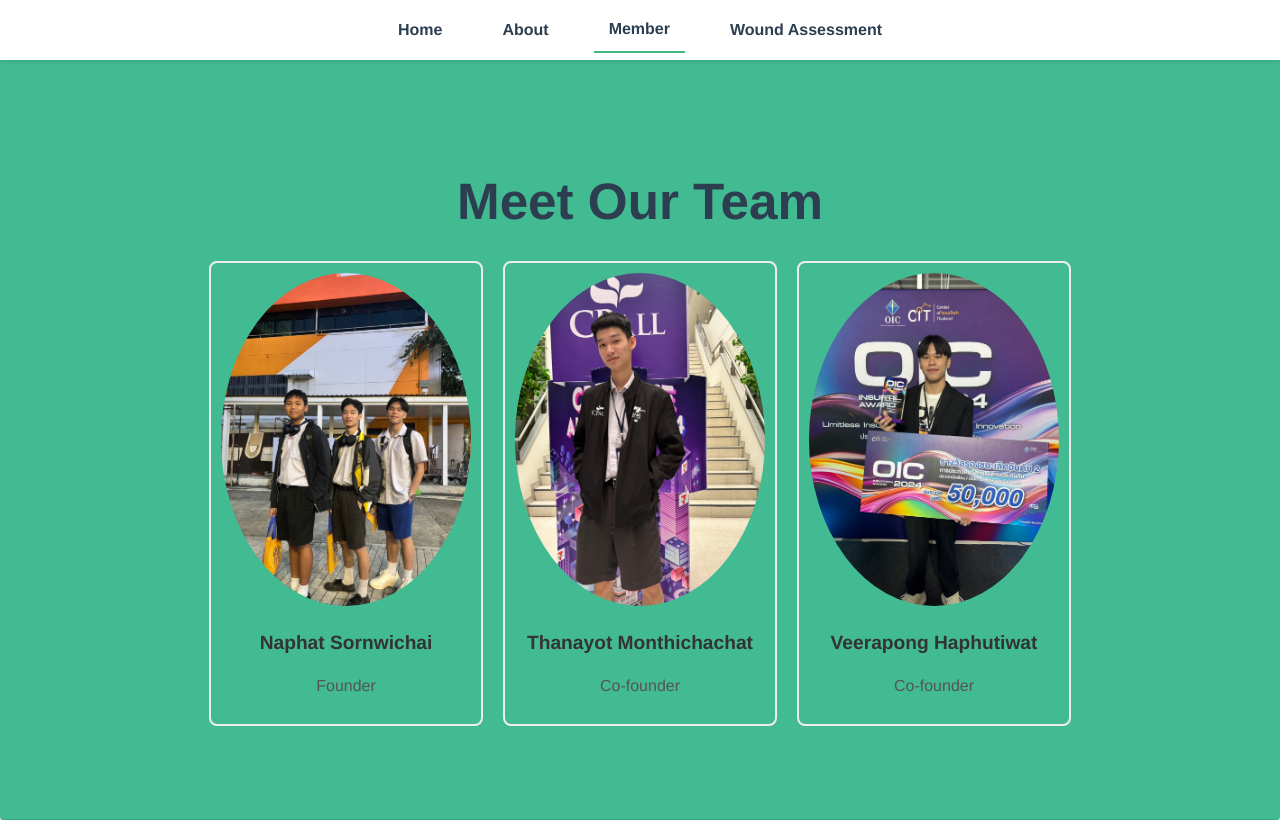
Repository: Jinwoo290350/Surgicare-Vue
Page: /member (app in surgicare/)
These files come from the project's save history. The page is drawn as it stood at one moment and after the next save; the edit follows.
The browser window is 1280 px wide. The pictures show the whole page.
The project was rebuilt for these pictures with package versions that can differ from the ones it lists, and the page was loaded fresh each time. Also part of the build but not shown: surgicare/vite.config.js, surgicare/src/views/Home.vue, surgicare/src/views/About.vue, surgicare/src/components/WoundAssessment.vue.

Above is the page before, as saved 2024-12-17 21:50:05.
Console error: TypeError: Cannot read properties of null (reading 'getContext')

After the next save:
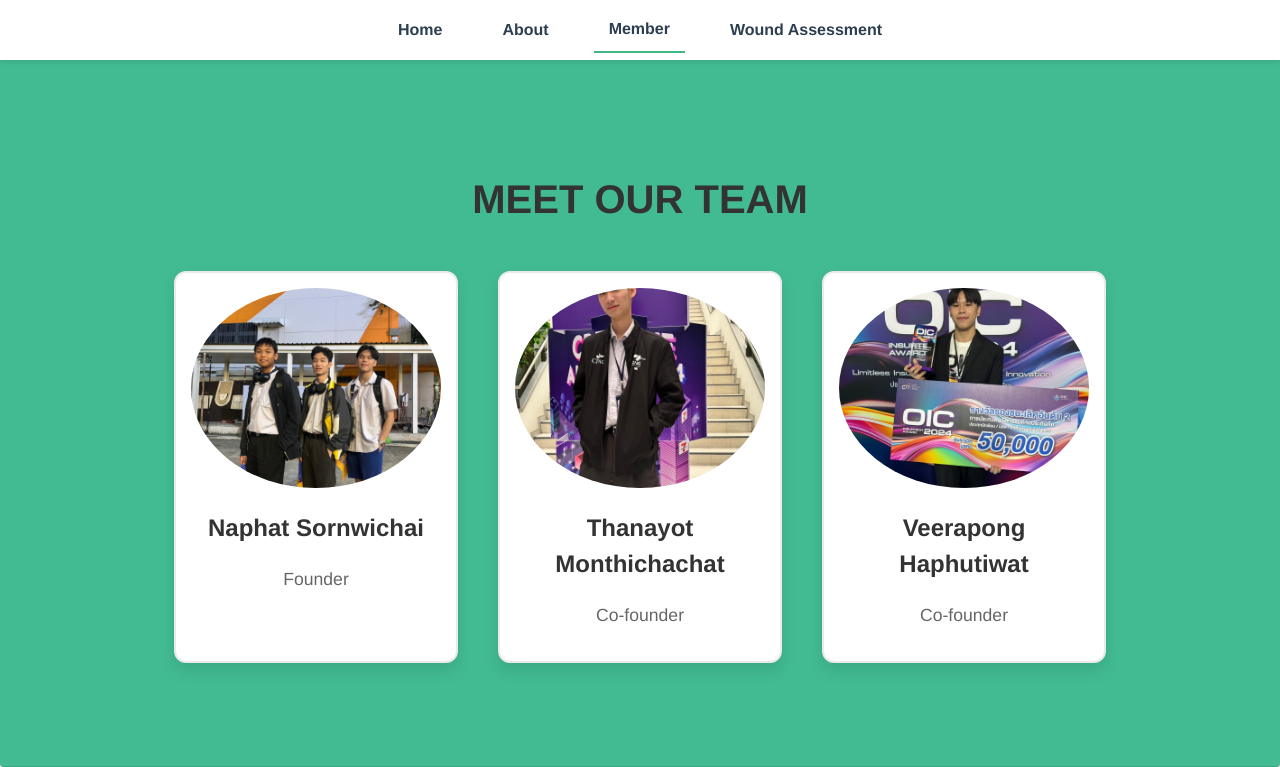
Saved 3 min 29 s later.
--- a/surgicare/src/views/Member.vue
+++ b/surgicare/src/views/Member.vue
@@ -52,7 +52,6 @@ export default {
           photo: "Frank.jpg",
           bio: "Co-founder of Surgicare",
         },
-
       ],
       selectedMember: null,
     };
@@ -70,48 +69,66 @@ export default {
 
 <style scoped>
 #team-page {
-  padding: 20px;
+  padding: 30px;
   text-align: center;
+  font-family: 'Helvetica Neue', sans-serif;
 }
 
 h1 {
-  margin-bottom: 20px;
+  font-size: 2.5em;
+  font-weight: 600;
+  margin-bottom: 40px;
+  color: #333;
+  text-transform: uppercase;
 }
 
 .member-cards {
   display: flex;
   justify-content: space-around;
   flex-wrap: wrap;
+  gap: 20px;
 }
 
 .member-card {
   width: 250px;
   margin: 10px;
   cursor: pointer;
-  border: 2px solid #eee;
-  border-radius: 8px;
-  padding: 10px;
-  transition: box-shadow 0.3s ease;
+  border: 2px solid #eaeaea;
+  border-radius: 12px;
+  padding: 15px;
+  background-color: #fff;
+  box-shadow: 0 8px 16px rgba(0, 0, 0, 0.1);
+  transition: transform 0.3s ease, box-shadow 0.3s ease;
 }
 
 .member-card:hover {
-  box-shadow: 0 4px 8px rgba(0, 0, 0, 0.1);
+  transform: translateY(-5px);
+  box-shadow: 0 12px 24px rgba(0, 0, 0, 0.1);
 }
 
 .member-photo {
   width: 100%;
-  height: auto;
+  height: 200px;
+  object-fit: cover;
   border-radius: 50%;
+  transition: transform 0.3s ease;
+}
+
+.member-card:hover .member-photo {
+  transform: scale(1.05);
 }
 
 .member-info h2 {
-  font-size: 1.2em;
+  font-size: 1.5em;
+  font-weight: 600;
   color: #333;
+  margin-top: 15px;
 }
 
 .member-info p {
-  font-size: 1em;
-  color: #555;
+  font-size: 1.1em;
+  color: #666;
+  margin-top: 5px;
 }
 
 .member-details {
@@ -120,31 +137,67 @@ h1 {
   left: 0;
   width: 100%;
   height: 100%;
-  background: rgba(0, 0, 0, 0.5);
+  background: rgba(0, 0, 0, 0.6);
   display: flex;
   justify-content: center;
   align-items: center;
+  animation: fadeIn 0.3s ease-in-out;
 }
 
 .details-content {
-  background: white;
+  background: #fff;
   padding: 30px;
-  border-radius: 8px;
+  border-radius: 10px;
   text-align: center;
-  width: 300px;
+  width: 320px;
+  max-width: 80%;
+  box-shadow: 0 8px 16px rgba(0, 0, 0, 0.2);
+  animation: slideIn 0.3s ease-out;
+}
+
+.details-content h2 {
+  font-size: 1.8em;
+  font-weight: 700;
+  color: #333;
+  margin-bottom: 10px;
+}
+
+.details-content p {
+  font-size: 1.1em;
+  color: #555;
+  margin-bottom: 20px;
 }
 
 button {
-  margin-top: 20px;
-  padding: 10px 20px;
+  padding: 12px 25px;
   background-color: #42b983;
   color: white;
   border: none;
   border-radius: 5px;
   cursor: pointer;
+  font-size: 1.1em;
+  transition: background-color 0.3s ease;
 }
 
 button:hover {
   background-color: #369a6c;
 }
+
+@keyframes fadeIn {
+  from {
+    opacity: 0;
+  }
+  to {
+    opacity: 1;
+  }
+}
+
+@keyframes slideIn {
+  from {
+    transform: translateY(-30px);
+  }
+  to {
+    transform: translateY(0);
+  }
+}
 </style>
